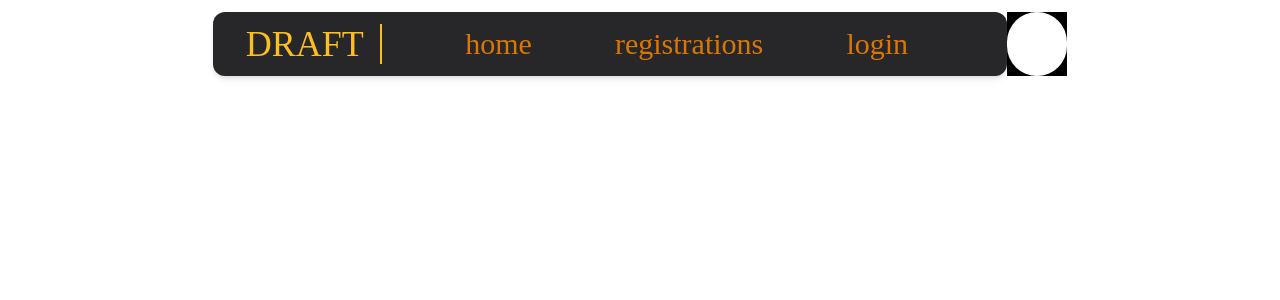
Repository: MehediMim/LeagueCrafter--Online-Auction-Platform-Project
Page: / (app in my-app/)
These files come from the project's save history. The page is drawn as it stood at one moment and after a run of saves; the edit follows.
The browser window is 1280 px wide. The pictures show the whole page.
Some web fonts or font styles are not loaded; a fallback is used. The project was rebuilt for these pictures with package versions that can differ from the ones it lists, and the page was loaded fresh each time. Also part of the build but not shown: my-app/vite.config.js, my-app/src/pages/Dashboard.jsx, my-app/src/pages/Login.jsx.

Above is the page before, as saved 2025-05-25 01:35:21.

After the next 2 saves:
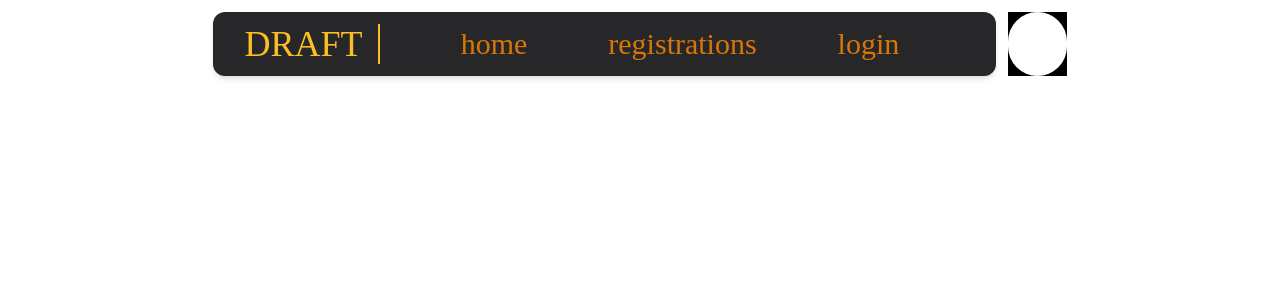
The 2 saves are shown as one change because they came seconds apart.
The last was saved 9 s later.
--- a/my-app/src/components/Navbar.jsx
+++ b/my-app/src/components/Navbar.jsx
@@ -22,7 +22,7 @@ export default function Navbar(params) {
           </div>
           {/* </div> */}
         </div>
-        <div className=" h-16 w-16 bg-black">
+        <div className=" h-16 w-16 bg-black ml-3">
           <div className="rounded-full bg-white h-full">
 
           </div>
